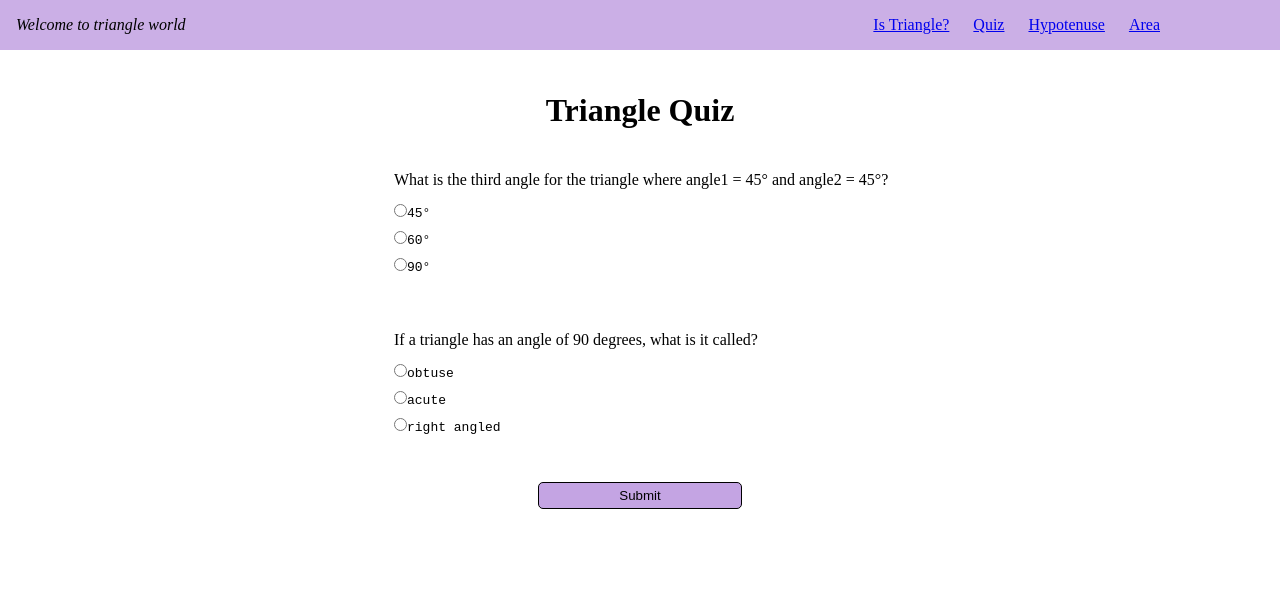
Repository: patelamancode/Fun-with-trianles
Page: quiz.html
These files come from the project's save history. The page is drawn as it stood at one moment and after the next save; the edit follows.
The browser window is 1280 px wide. The pictures show the whole page.
After loading, the first visible `#submit-btn` was clicked once.

Above is the page before, as saved 2022-11-29 00:59:59.

After the next save:
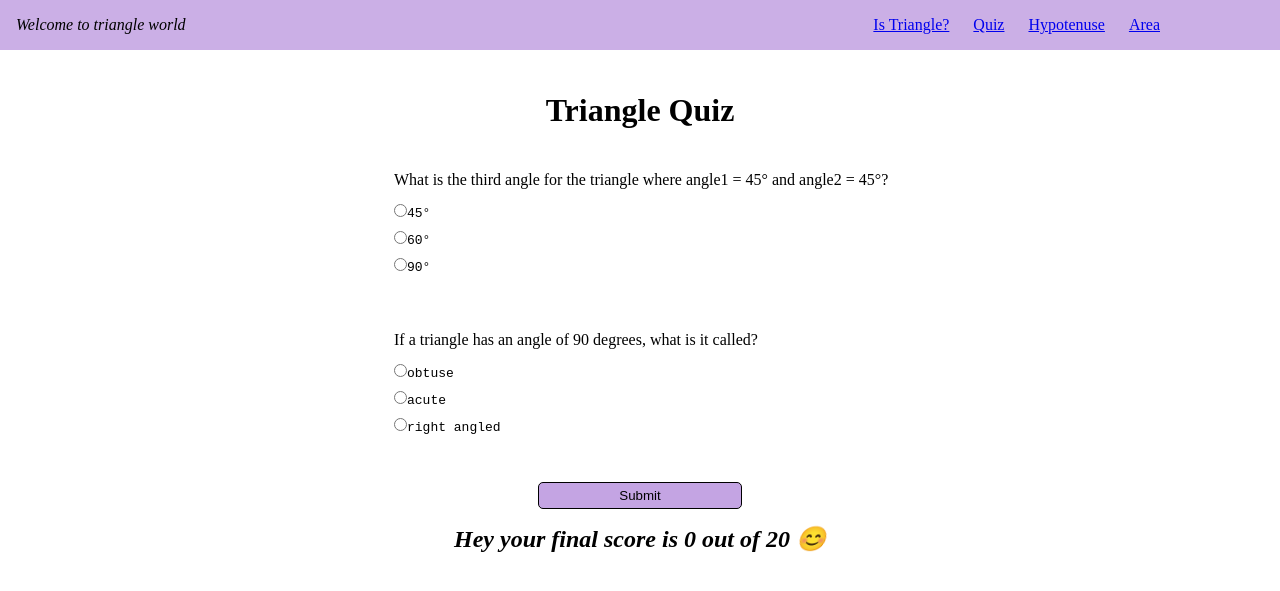
Saved 69 s later.
--- a/quiz.js
+++ b/quiz.js
@@ -14,7 +14,6 @@ function calculateScore(){
     let i = 0;
     const data = new FormData(questions);
     for(let dataValue of data.values()){
-        console.log(dataValue);
         if(dataValue === correctAnswerArray[i]){
             score++;
             i++;
@@ -23,8 +22,7 @@ function calculateScore(){
             i++;
         }
     }
-    console.log(typeof(score));
-    // return displayOutputMessage(`Hey your final score is ${score}`)
+    return displayOutputMessage(`Hey your final score is ${score * 10} out of 20 😊`)
 }
 
 
